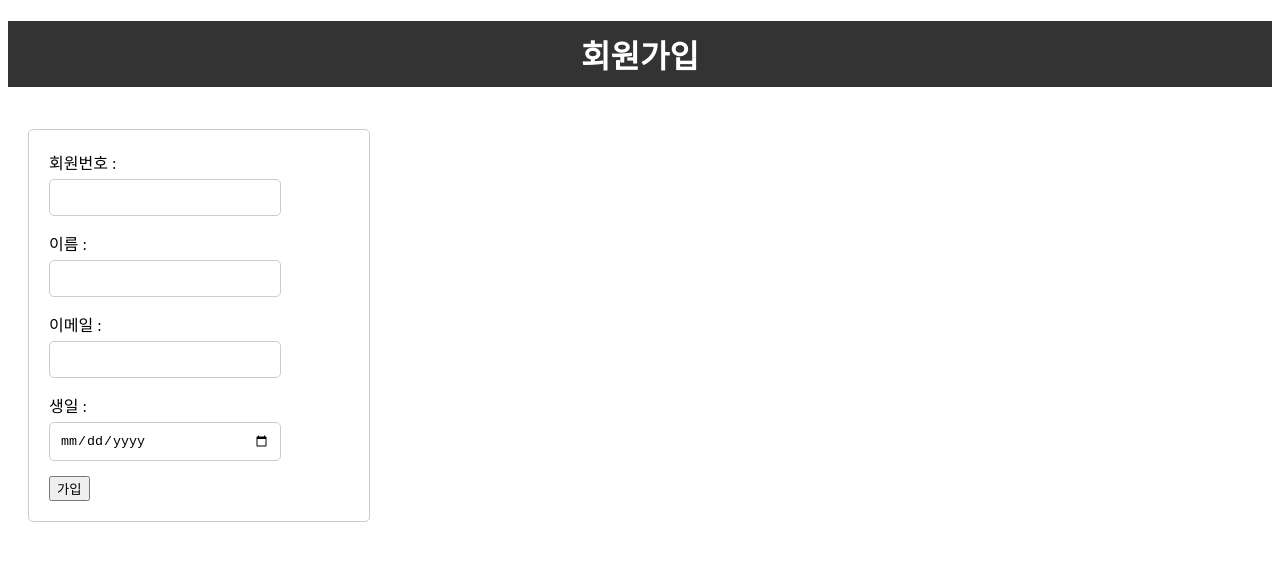
Repository: chanakoh/servlet
Page: http://localhost/Join/register.jsp
The author's editor kept a copy of each file at every save. The page is drawn from the files as they stood at one save, then again after the next save.
The browser window is 1280 px wide. The pictures show the whole page.
The page is served by Tomcat 9. Other server files are loaded and not shown.

Above is the page before, as saved 2023-11-07 02:29:47.

### Join/src/main/webapp/register.jsp
<%@ page language="java" contentType="text/html; charset=EUC-KR"
    pageEncoding="EUC-KR"%>
<!DOCTYPE html>
<html>
<head>
<meta charset="EUC-KR">
<link rel="stylesheet" type="text/css" href="styles.css">
<title>Insert title here</title>
</head>
<body>
<h1>회원가입</h1>
<form action="RegisterServlet" method="post">
	<label for="mno">회원번호 :</label>
	<input type = "text" id="mno" name="mno" required><br>
	<label for="mname">이름 :</label>
	<input type = "text" id="mname" name="mname" required><br>
	<label for="memail">이메일 :</label>
	<input type = "email" id="memail" name="memail" required><br>
	<label for="mbirth">생일 :</label>
	<input type = "date" id="mbirth" name="mbirth" required><br>
	<input type = "submit" value="가입">
</form>
</body>
</html>

### Join/src/main/webapp/styles.css
@charset "EUC-KR";
styles.css
/* 전체 페이지 스타일 */
body {
    font-family: Arial, sans-serif;
    background-color: #f2f2f2;
    margin: 0;
    padding: 0;
     text-align: center;
}

h1 {
    background-color: #333;
    color: #fff;
    padding: 10px;
    text-align: center;
}

/* 폼 스타일 */
form {
    background-color: #fff;
    border: 1px solid #ccc;
    border-radius: 5px;
    padding: 20px;
    margin: 20px;
    width: 300px;
    display: inline-block;
}

/* 레이블 스타일 */
label {
    display: block;
    margin-bottom: 5px;
}

/* 입력 필드 스타일 */
input[type="text"],
input[type="email"],
input[type="date"] {
    width: 70%;
    padding: 10px;
    margin-bottom: 15px;
    border: 1px solid #ccc;
    border-radius: 5px;
}

/* 버튼



table {
    width: 80%;
    margin: 20px auto;
    border-collapse: collapse;
    background-color: #fff;
}

table, th, td {
    border: 1px solid #ccc;
}

th, td {
    padding: 10px;
    text-align: left;
}

tr:nth-child(even) {
    background-color: #f2f2f2;
}

tr:hover {
    background-color: #e0e0e0;
}

After the next save:
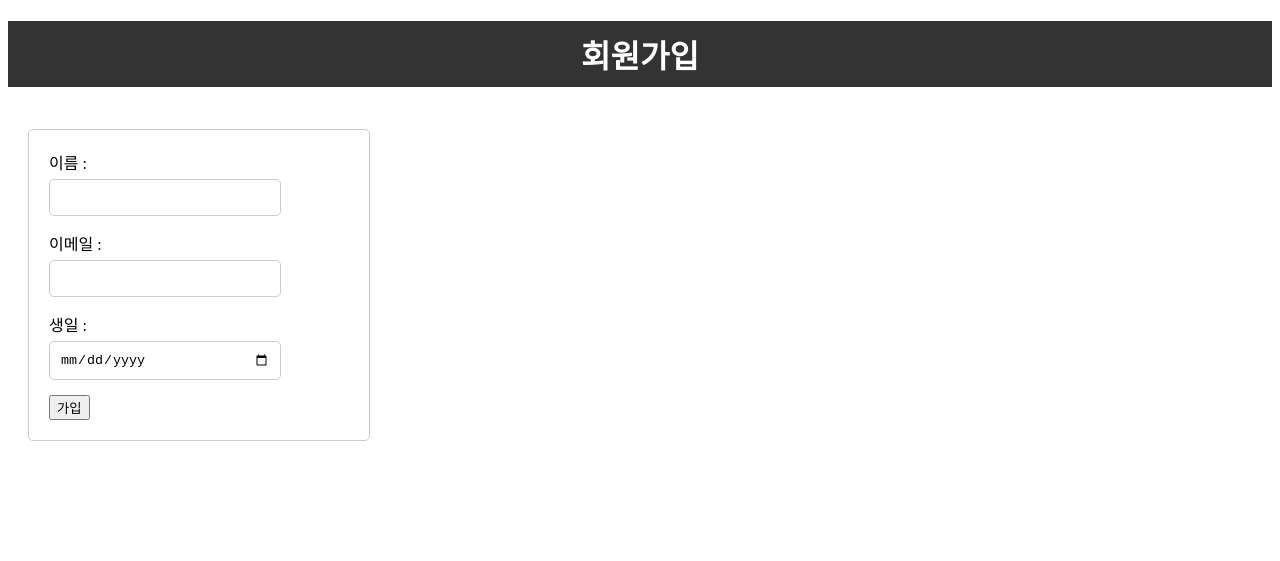
Saved 6 h 59 min later.
--- a/Join/src/main/webapp/register.jsp
+++ b/Join/src/main/webapp/register.jsp
@@ -10,8 +10,7 @@
 <body>
 <h1>회원가입</h1>
 <form action="RegisterServlet" method="post">
-	<label for="mno">회원번호 :</label>
-	<input type = "text" id="mno" name="mno" required><br>
+
 	<label for="mname">이름 :</label>
 	<input type = "text" id="mname" name="mname" required><br>
 	<label for="memail">이메일 :</label>
